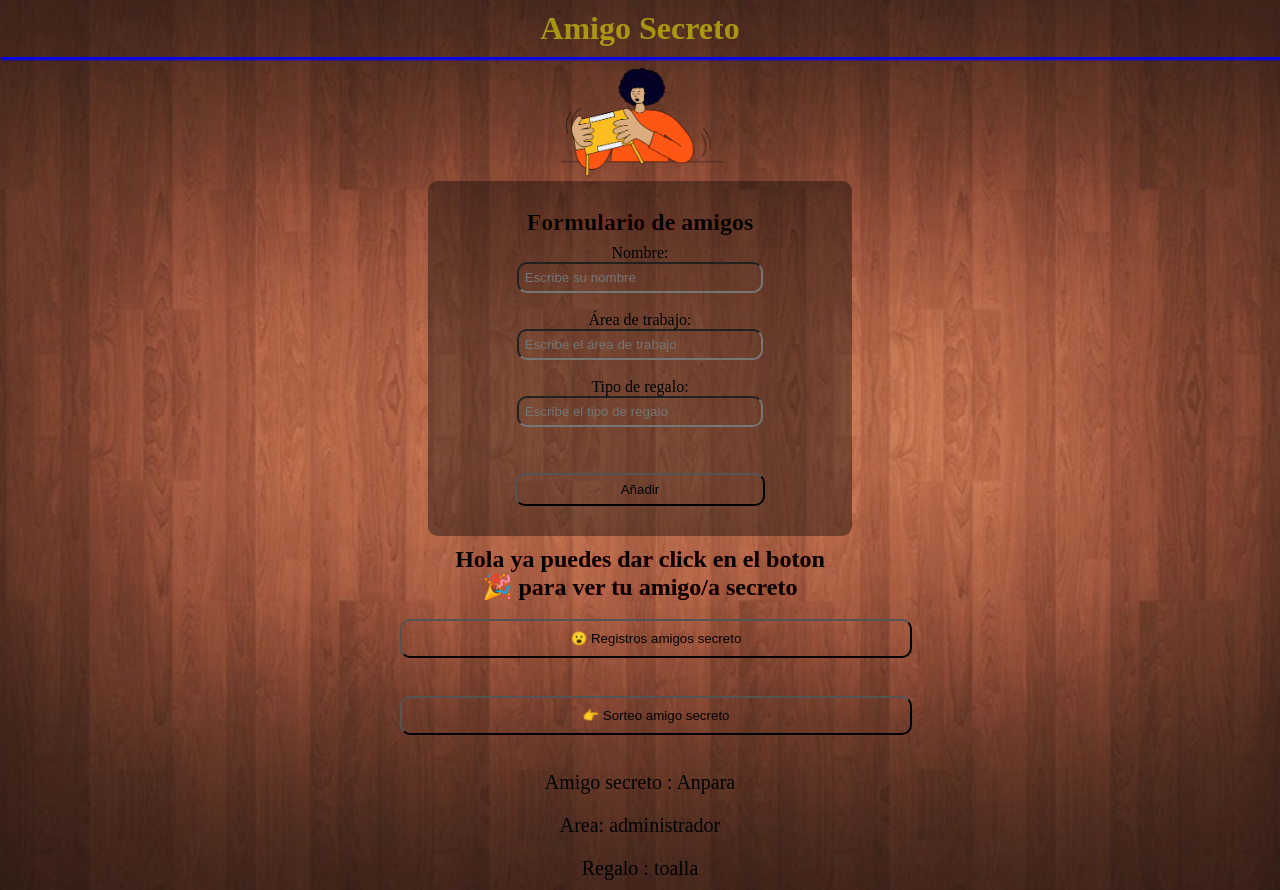
Repository: ye909/secreto
Page: index.html
These files come from the project's save history. The page is drawn as it stood at one moment and after the next save; the edit follows.
The browser window is 1280 px wide. The pictures show the whole page.
Backgrounds fixed to the window are drawn as part of the page.

Above is the page before, as saved 2025-01-25 10:16:51.
Console error: SyntaxError: Identifier 'info_datos' has already been declared

### index.html
<!DOCTYPE html>
<html lang="es">

<head>
    <meta charset="UTF-8">
    <meta name="viewport" content="width=device-width, initial-scale=1.0">
    <title>Amigo Secreto</title>
    <link rel="stylesheet" href="./css/style.css">

<body>
    <main class="main-content" id="main-content">
        <header class="header-banner">
            <h1 class="title">Amigo Secreto</h1>
            <img src="./imagenes/amigosecreto.png" alt="Imagen representativa de amigo secreto">
        </header>

        <section class="container" id="container">
            <h2 class="title">Formulario de amigos</h2>

            <form id="formularioAmigo" class="form-inputs">
                <label for="nombre">Nombre:</label><br>
                <input type="text" id="nombre" class="input-name" placeholder="Escribe su nombre"><br><br>

                <label for="areaTrabajo">Área de trabajo:</label><br>
                <input type="text" id="areaTrabajo" class="input-area" placeholder="Escribe el área de trabajo"><br><br>

                <label for="tipoRegalo">Tipo de regalo:</label><br>
                <input type="text" id="tipoRegalo" class="input-regalo" placeholder="Escribe el tipo de regalo"><br><br>
                <span id="mensaje"></span>
                <br>
                <button class="button-add" id="button-add">Añadir</button>
            </form>


        </section>




    </main>
    <div class="containerbtnsorteo" id="containerbtnsorteo">
        <h2>Hola ya puedes dar click en el boton <br>🎉 para ver tu amigo/a secreto </h2>
        <button id="verResgistrados">😮 Registros amigos secreto</button>
        <br><br>

        <button class="sorteo" id="sorteo"> 👉 Sorteo amigo secreto</button>

    </div>



    <div class="datos_amigo" id="datos_amigo">
        <h2 id="info_datos"></h2>

    </div>

    <script src="./js/amigos.js"></script>
    <script src="./js/script.js"></script>
    <script src=" https://cdn.jsdelivr.net/npm/canvas-confetti@1.9.3/dist/confetti.browser.min.js "> </script>
    </head>
</body>

</html>

### css/style.css
* {
    padding: 0%;
    margin: 0;
    transition: all;
  }
  html {
    background-image: url(../imagenes/fondocard.jpg);
    background-size: cover;
    background-repeat: no-repeat;
    background-attachment: fixed;
    width: 100%;
    height: 100%;
  }

  .main-content {
    text-align: center;
  }
  .header-banner img {
    width: 15%;
  }



  .container {
    margin: 2px auto;
      width: 30%;
      background-color: rgba(6, 6, 6, 0.4);
      border-radius: 10px;
      padding: 20px;
  /* display: none; */
  }
  input {
    width:60%;
    padding: 6px;
    border-radius: 10px;
    background: transparent;
    color: white;
  }
  input:hover {
    color: black;

  }

  button {
    background-color: transparent;
    width:65%;
    justify-content: center;
    padding: 7px;
    border-radius: 10px;
    margin: 10px;

  }
  button:hover{
      background: blue;
      border: none;
      box-shadow: blue 2px 2px 2px 3px, blue 2px 2px 2px 3px, blue 2px 3px 3px 3px,
        blue 2px 2px 2px 3px;
  transition: 2s;
  }

  h1{
    text-align: center;
  padding: 10px;
  box-shadow: blue 2px 2px 2px 1px;
  color:rgba(255, 255, 0, 0.501);
  }
  h2{
      background-image:linear-gradient(to left,green, red, rgb(248, 244, 7));
      -webkit-animation-fill-color:transparent ;
      -webkit-background-clip: text;
      background-clip: text;
      padding: 8px;
      font-weight: bold;
      text-align: center;

  }


  /* .datos_amigo {

      display: none
    } */
    /* .containerbtnsorteo{


      display:none;

    } */
    .containerbtnsorteo button{
      width: 40%;
    margin-left: 400px;
    padding: 10px;
    cursor: pointer;
    }
    p{
      font-size: 20px;
      text-align: center;
      padding: 10px;
    }
    span {
      font-size: 15px;
      color: red;
    }

### js/amigos.js


const amigos = [
    { nombre: "Juan", area: "logística", regalo: "zapatillas" },
    { nombre: "Daniel", area: "recursos", regalo: "reloj" },
    { nombre: "Anpara", area: "administrador", regalo: "toalla" },
    { nombre: "Paola", area: "marketing", regalo: "sudadera" },
    { nombre: "Pedro", area: "finanzas", regalo: "libro" },
  ];



  const verResgistrados=document.getElementById("verResgistrados")
  const info_datos = document.getElementById("info_datos");
verResgistrados.addEventListener("click",(e) =>{
 e.preventDefault()

 // Generar HTML a partir del arreglo de objetos
 const htmlContent = amigos
 .map(
   (amigo) =>
     `<div>
       <p><strong>Nombre:</strong> ${amigo.nombre}</p>
       <p><strong>Área:</strong> ${amigo.area}</p>
       <p><strong>Regalo:</strong> ${amigo.regalo}</p>
     </div><hr>`
 )
 .join("");

// Asignar el contenido generado a info_datos
info_datos.innerHTML = htmlContent;
 })


function seleccionarAmigoAleatorio(amigos) {


    const indiceAleatorio = Math.floor(Math.random() * amigos.length);
      return amigos[indiceAleatorio];
    }

    const amigoSeleccionado = seleccionarAmigoAleatorio(amigos);



    const nombrealeatoria = document.createElement("p");
    nombrealeatoria .textContent = `Amigo secreto :  ${  amigoSeleccionado.nombre} `;

    const arealeatoria = document.createElement("p");
    arealeatoria .textContent = `Area:  ${amigoSeleccionado.area} `;

    const regaloaleatoria = document.createElement("p");
    regaloaleatoria .textContent = `Regalo : ${amigoSeleccionado.regalo} `;

    datos_amigo.appendChild(nombrealeatoria );
     datos_amigo.appendChild(arealeatoria );
       datos_amigo.appendChild( regaloaleatoria );

### js/script.js


const container = document.getElementById("container");
const containerbtnsorteo = document.getElementById("containerbtnsorteo");

 const formularioAmigo = document.getElementById("formularioAmigo");

 const datos_amigo =document.getElementById("datos_amigo")
const info_datos = document.getElementById("info_datos")
formularioAmigo.addEventListener("submit", (event) => {
  event.preventDefault(); // Evita que el formulario se envíe (si se trata de un formulario)


  const nombre = document.getElementById("nombre").value;
  const areaTrabajo = document.getElementById("areaTrabajo").value;
  const tipoRegalo = document.getElementById("tipoRegalo").value;
            // Crear un nuevo objeto amigo
            const nuevoAmigo = {
              nombre: nombre,
              area: areaTrabajo,
              regalo: tipoRegalo
          };

          // Añadir el nuevo amigo al array
          amigos.push(nuevoAmigo);


  if (nombre == "" ) {
    const mensaje = document.getElementById("mensaje");
    mensaje.innerHTML = "Por favor ingrese su nombre";


  }else{
    const titulo_data = document.createElement("p");
    titulo_data.innerHTML = ` BIENVENIDOS/A  <br> ${nombre}  `;
    info_datos.append(titulo_data);
    if (container) {
      container.style.display = "none";
      containerbtnsorteo.style.display = "inline";


    }
  }

//   if (areaTrabajo) {

//     const titulo_data = document.createElement("p");
//     titulo_data.innerHTML = `Del area  de trabajo <br> ${areaTrabajo} `;
//     info_datos.append(titulo_data);

//    }
//   if (tipoRegalo) {
//   const Regalo = document.createElement("p");
//   Regalo.innerHTML = `Tu regalo  ${tipoRegalo} <br> para el amigo  `;
//   info_datos.append(Regalo);
// ;
//   }
//    if (nombre) {

//     const titulo_data = document.createElement("p");
//     titulo_data.innerHTML = ` ${nombre} <br> Te queremos felisitar por aser parte de esta actibidad <br>  por eso un te informamos cual es tu `;
//     info_datos.append(titulo_data);

//    }



//
// verResgistrados.addEventListener("click", () => {
//  datos_amigo.innerHTML=nuevoAmigo
//  alert(datos_amigo.nombre)
// } )

 });


 const sorteo = document.getElementById("sorteo");

 // Agrega un evento al hacer clic en el botón
 sorteo.addEventListener("click", () => {

 var end = Date.now() + (15 * 1000);

 // go Buckeyes!
 var colors = ['#bb0000', '#ffffff'];

 (function frame() {
   confetti({
     particleCount: 2,
     angle: 60,
     spread: 55,
     origin: { x: 0 },
     colors: colors
   });
   confetti({
     particleCount: 2,
     angle: 120,
     spread: 55,
     origin: { x: 1 },
     colors: colors
   });

   if (Date.now() < end) {
     requestAnimationFrame(frame);
   }
 }());
 datos_amigo.style.display = "inline";
 containerbtnsorteo.style.display = "none";
 });

After the next save:
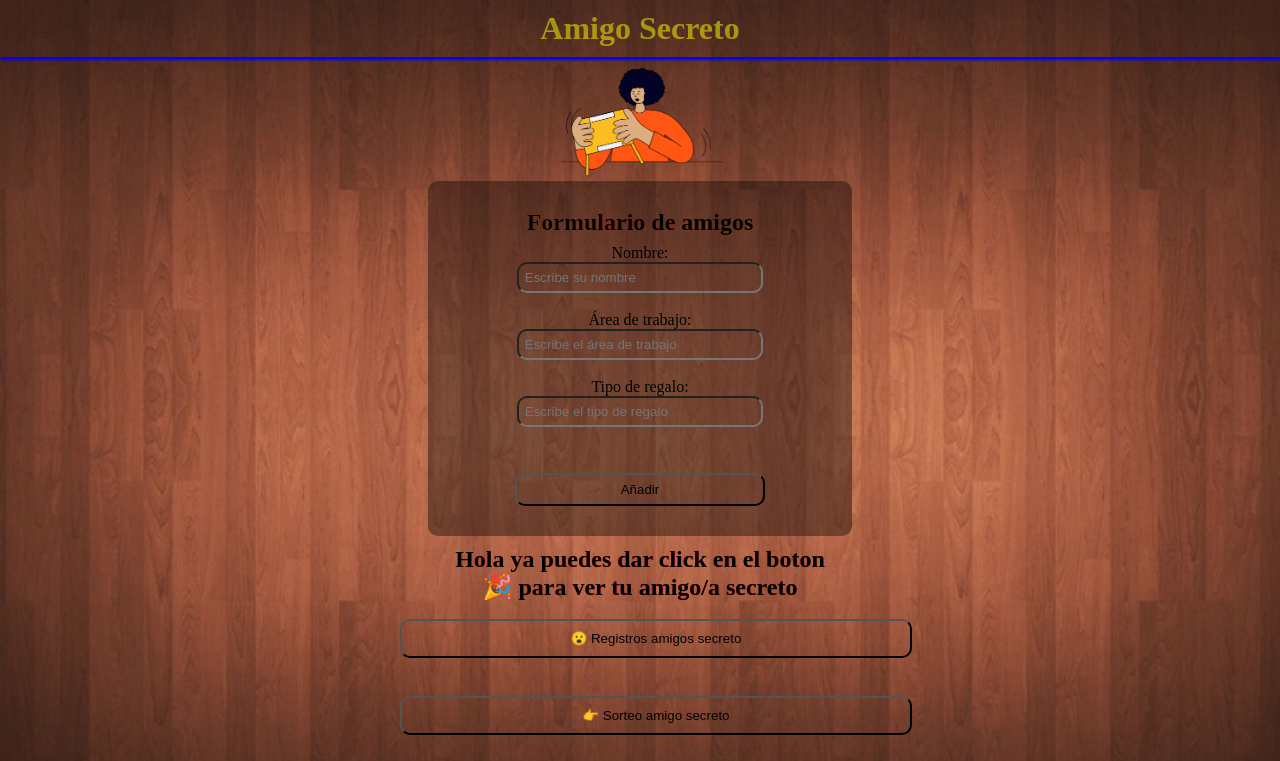
Console error: SyntaxError: missing ) after argument list
Saved 92 s later.
--- a/js/amigos.js
+++ b/js/amigos.js
@@ -21,11 +21,10 @@
    (amigo) =>
      `<div>
        <p><strong>Nombre:</strong> ${amigo.nombre}</p>
-       <p><strong>Área:</strong> ${amigo.area}</p>
-       <p><strong>Regalo:</strong> ${amigo.regalo}</p>
-     </div><hr>`
+
+     </div>
  )
- .join("");
+
 
 // Asignar el contenido generado a info_datos
 info_datos.innerHTML = htmlContent;

After the save that followed:
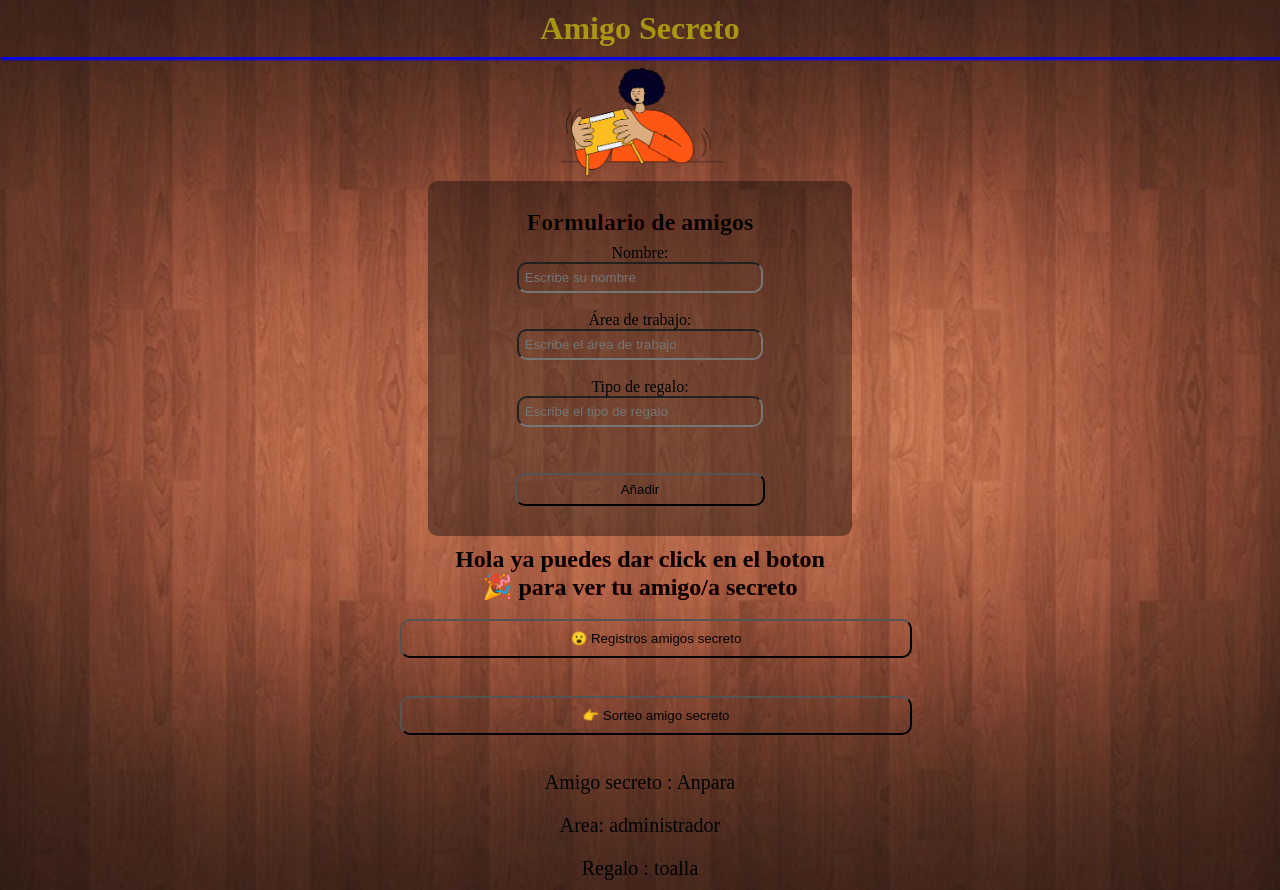
Console error: SyntaxError: Identifier 'info_datos' has already been declared
Saved 23 s later.
--- a/js/amigos.js
+++ b/js/amigos.js
@@ -22,9 +22,9 @@
      `<div>
        <p><strong>Nombre:</strong> ${amigo.nombre}</p>
 
-     </div>
+     </div>`
  )
-
+ .join("");
 
 // Asignar el contenido generado a info_datos
 info_datos.innerHTML = htmlContent;
